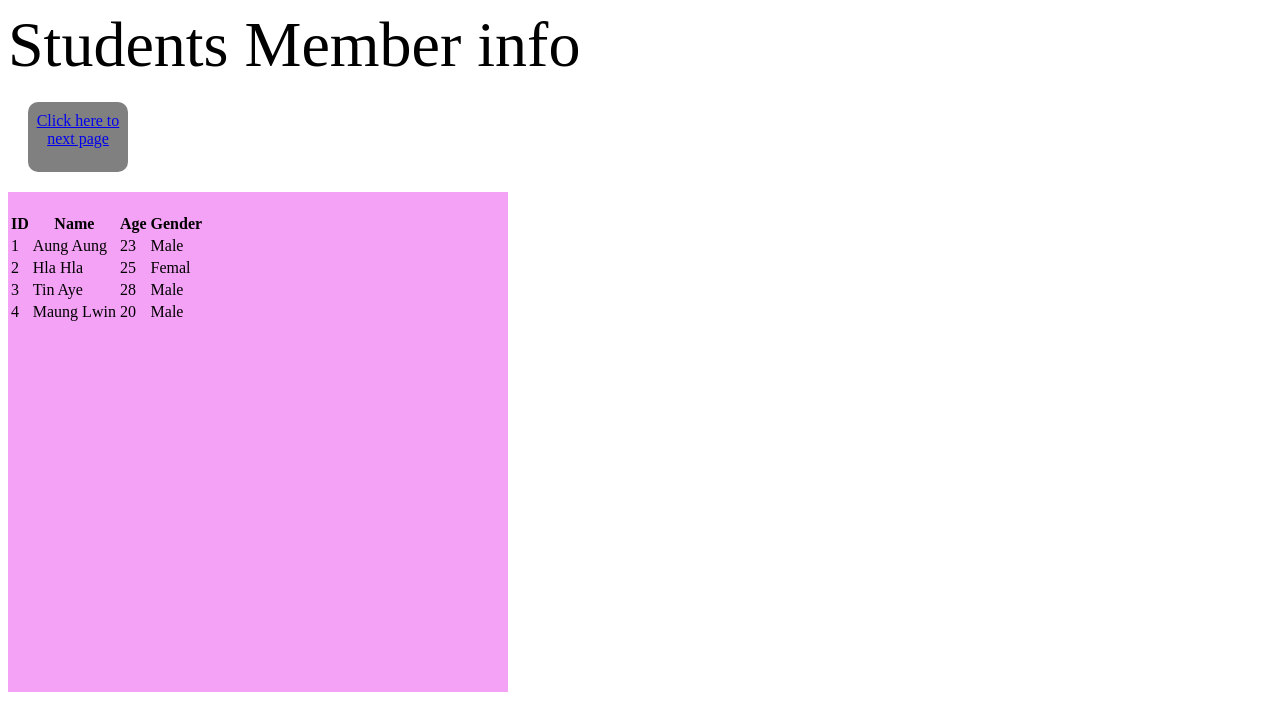
Repository: ThantLwinSoe/Servlet
Page: 01-Communication/src/main/webapp/index.html
These files come from the project's save history. The page is drawn as it stood at one moment and after the next save; the edit follows.
The browser window is 1280 px wide. The pictures show the whole page.

Above is the page before, as saved 2023-02-07 02:49:30.

### 01-Communication/src/main/webapp/index.html
<!DOCTYPE html>
<html>
<head>
<meta charset="UTF-8">
<style>
h {
	font-size: 4em;
}
.d_link {

	margin: 20px;
	padding-top: 10px;
	width: 100px;
	height: 60px;
	border-radius: 10px;
	background: gray;
	text-align: center;
}
.st_info {
	margin-top: 20px;
	width: 500px;
	height: 500px;
	background: #F4A2F6;
}
.table_one {
	padding-top: 20px;
}
</style>
<title>Servlet Communication</title>
</head>
<body>
	<h>Students Member info</h>
	<div class="d_link">
		<a href="hello">Click here to next page</a>
	</div>
	<div class="st_info">
		<table class="table_one">
			<thead>
				<tr>
					<th>ID</th>
					<th>Name</th>
					<th>Age</th>
					<th>Gender</th>
				</tr>
			</thead>
			<tbody>
				<tr>
					<td>1</td>
					<td>Aung Aung</td>
					<td>23</td>
					<td>Male</td>
				</tr>
				<tr>
					<td>2</td>
					<td>Hla Hla</td>
					<td>25</td>
					<td>Femal</td>
				</tr>
				<tr>
					<td>3</td>
					<td>Tin Aye</td>
					<td>28</td>
					<td>Male</td>
				</tr>
				<tr>
					<td>4</td>
					<td>Maung Lwin</td>
					<td>20</td>
					<td>Male</td>
				</tr>
			</tbody>
		</table>
	</div>
</body>
</html>

After the next save:
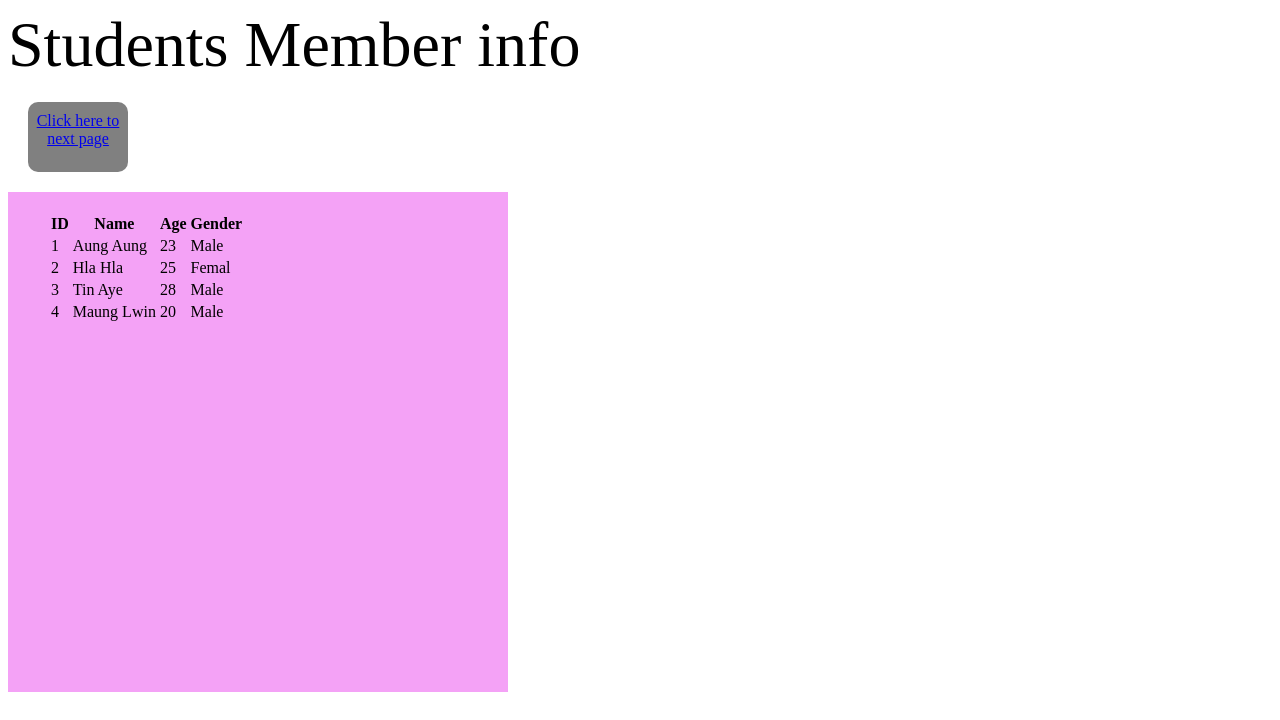
Saved 23 s later.
--- a/01-Communication/src/main/webapp/index.html
+++ b/01-Communication/src/main/webapp/index.html
@@ -24,6 +24,7 @@ h {
 }
 .table_one {
 	padding-top: 20px;
+	padding-left: 40px;
 }
 </style>
 <title>Servlet Communication</title>
